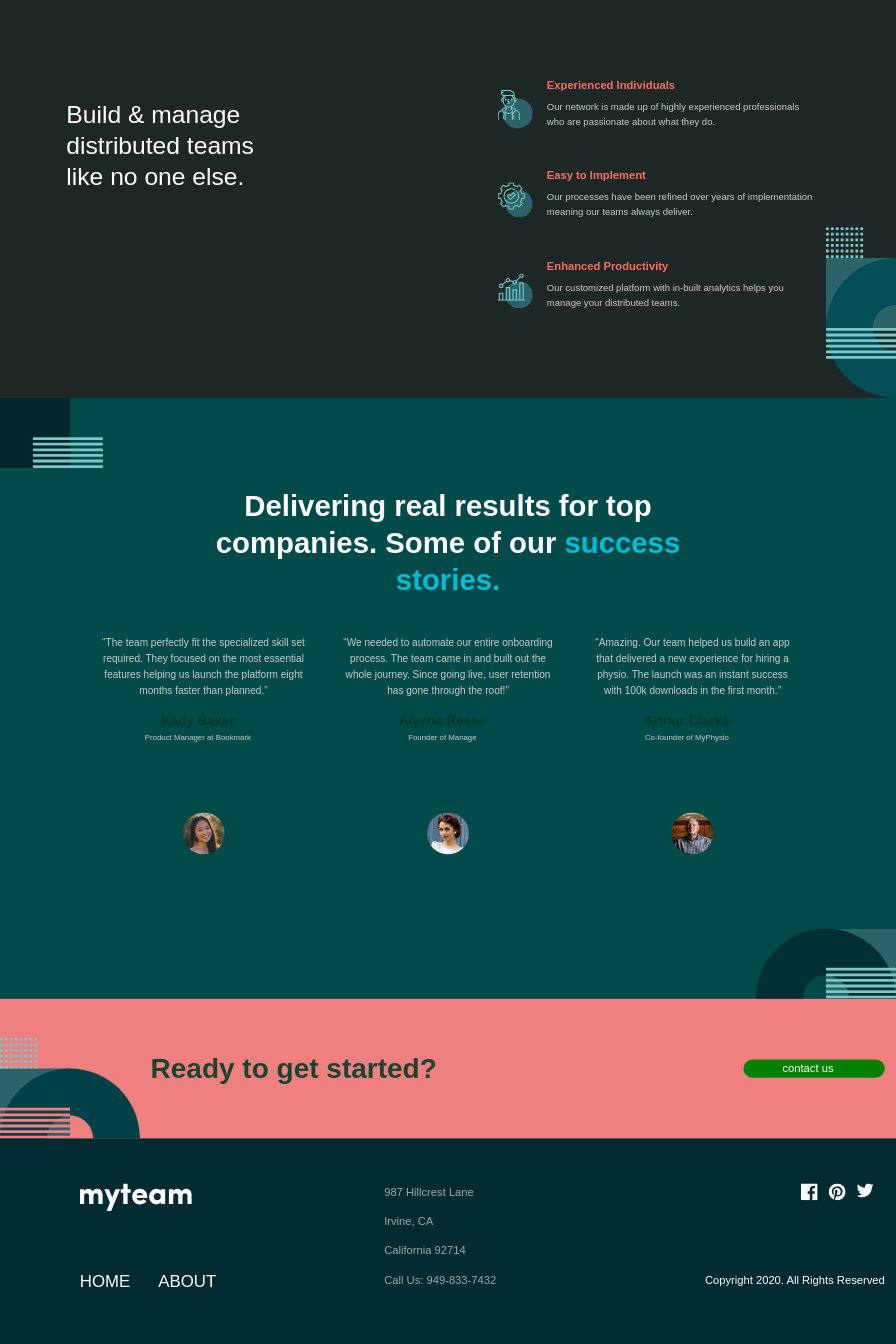
Repository: Gabriel221-dev/Project-page-main
Page: /
An editor plug-in stored every save of this project. The page is shown before and after the next save, followed by the edit.
The browser window is 1280 px wide. The pictures show the part of the page from y = 692 to 2612 px (the page is 2612 px tall), at 70% of full size.
The project was rebuilt for these pictures with package versions that can differ from the ones it lists, and the page was loaded fresh each time. Also part of the build but not shown: vite.config.js, src/pages/About.css, src/components/DirectorCard.css, src/components/DirectorCard.jsx, src/pages/About.jsx, src/pages/Contact.css, src/pages/Contact.jsx.

Above is the page before, as saved 2024-07-23 18:21:18.

After the next save:
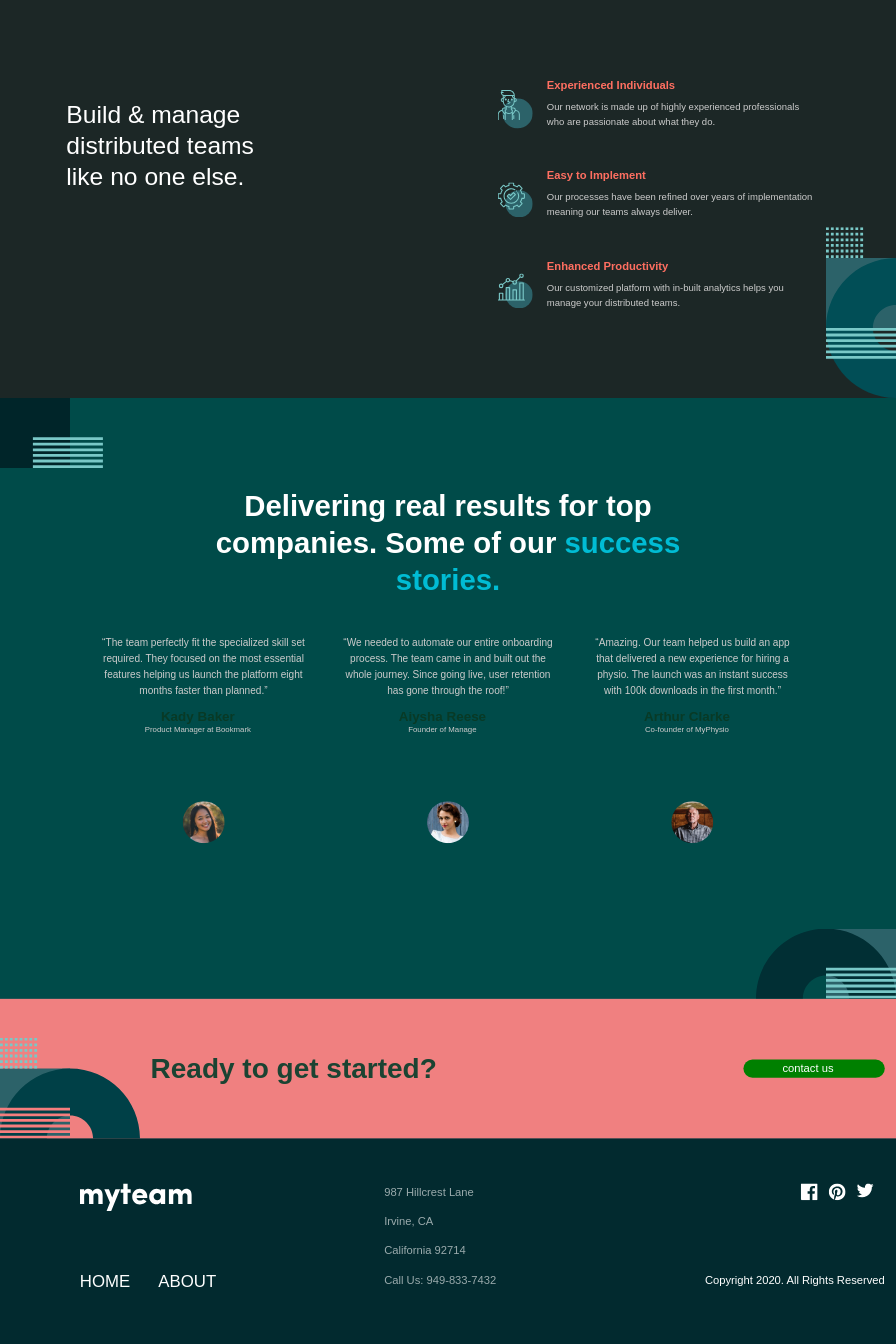
Saved 5 s later.
--- a/src/pages/Home.css
+++ b/src/pages/Home.css
@@ -331,7 +331,7 @@
     height: 60px;
     border-radius: 50%;
     align-self: center;
-    margin: 0rem 0rem 1rem 0rem ;
+    margin: 0rem 0rem 2rem 0rem ;
   }
 
 
